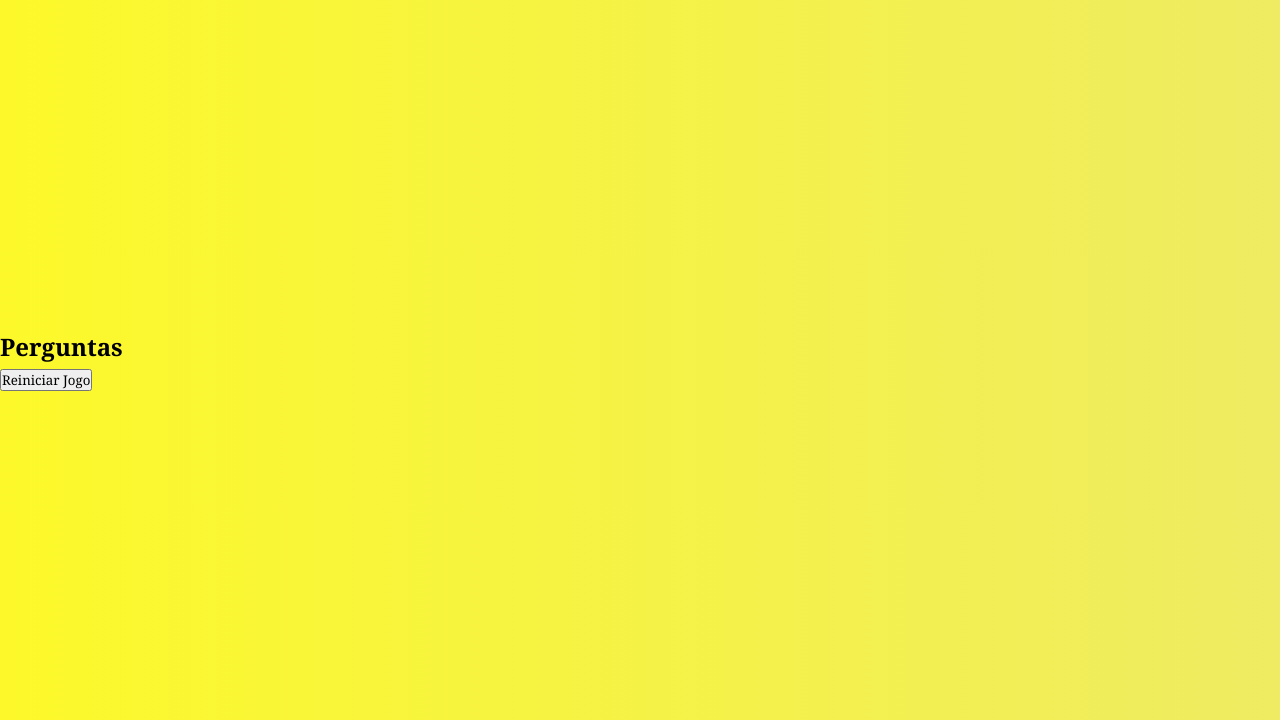
Repository: LaisSilvaO/Projeto-Quizz
Page: telas/index.html
These files come from the project's save history. The page is drawn as it stood at one moment and after the next save; the edit follows.
The browser window is 1280 px wide. The pictures show the whole page.

Above is the page before, as saved 2024-12-24 13:44:18.
Not found: telas/script.js

After the next save:
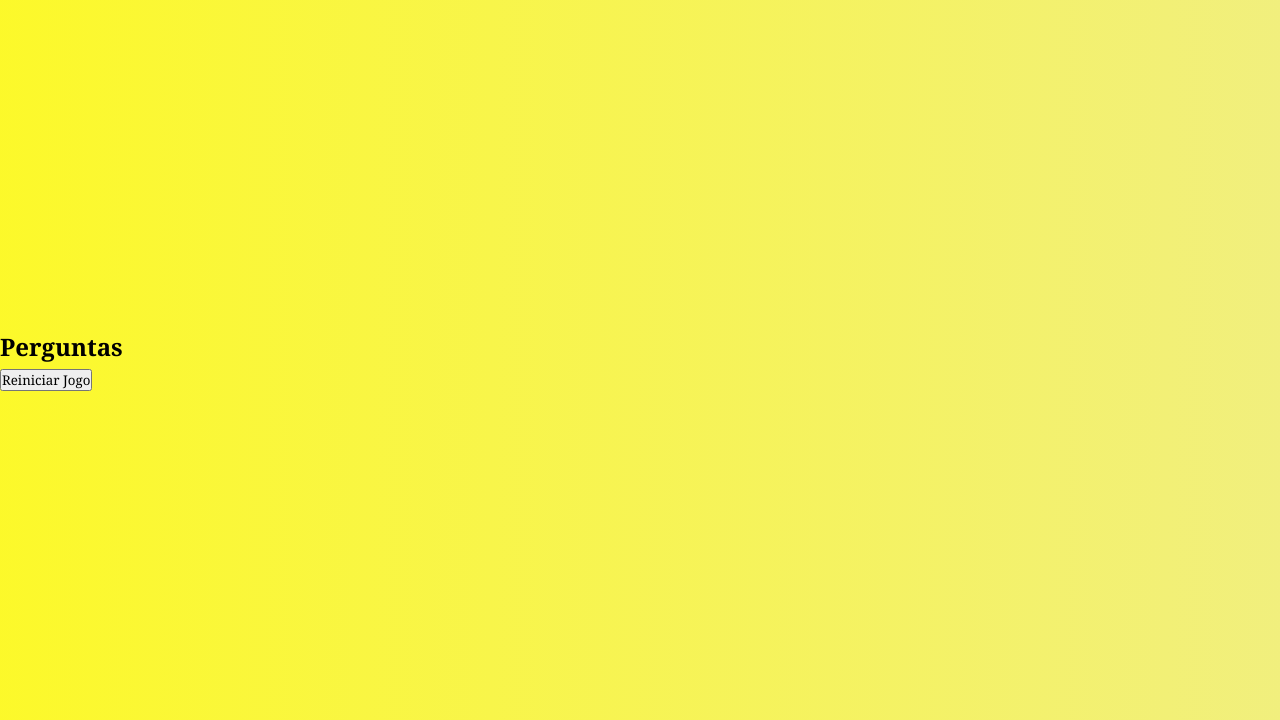
Saved 20 s later.
--- a/img/tela.css
+++ b/img/tela.css
@@ -10,6 +10,6 @@ body{
   justify-content: center;
   flex-direction: column;
   gap: 5px;
-  background: linear-gradient(90deg, rgba(252, 248, 19, 0.9) 0%, rgba(237, 234, 87, 0.932) 100%);
+  background: linear-gradient(90deg, rgba(252, 248, 19, 0.9) 0%, rgba(240, 238, 116, 0.932) 100%);
 
 }
